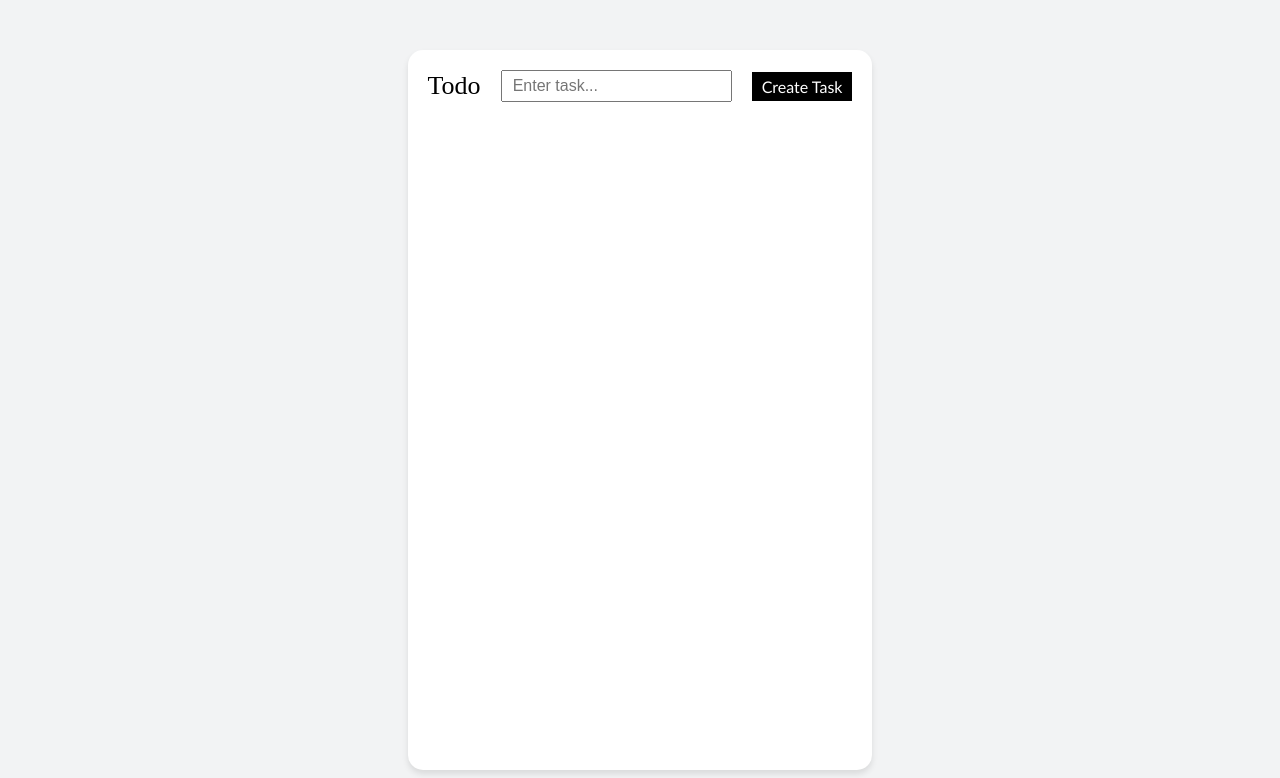
Repository: pawvan/todo_app
Page: markup/tod.html
The author's editor kept a copy of each file at every save. The page is drawn from the files as they stood at one save, then again after the next save.
The browser window is 1280 px wide. The pictures show the whole page.

Above is the page before, as saved 2025-01-11 22:50:40.

After the next save:
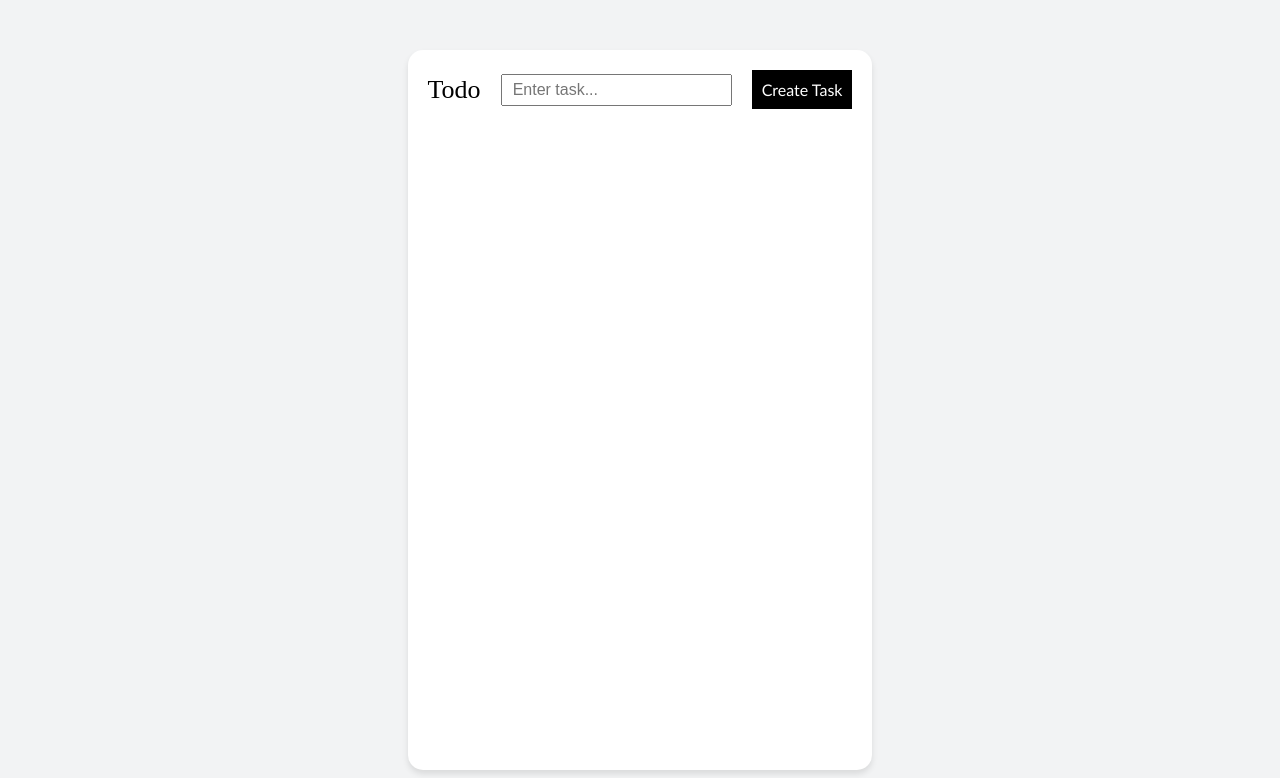
Saved 15 s later.
--- a/styles/todo.css
+++ b/styles/todo.css
@@ -35,7 +35,7 @@ body {
 }
 
 #add-button {
-    padding: 5px 10px;
+    padding: 10px 10px;
     font-size: 16px;
     background-color:#000000;
     color: white;
